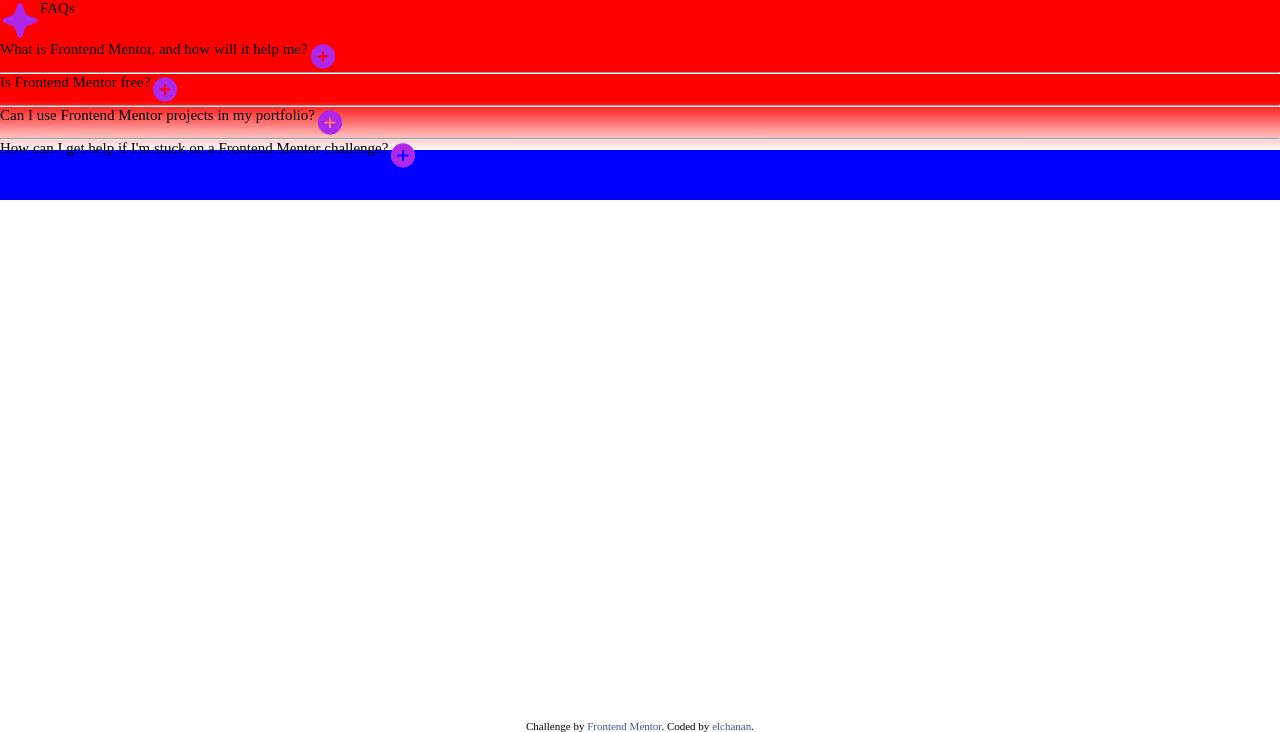
Repository: elchananChen/frontend-mentor-projects
Page: 2024/10/faQs/index.html
The author's editor kept a copy of each file at every save. The page is drawn from the files as they stood at one save, then again after the next save.
The browser window is 1280 px wide. The pictures show the whole page.

Above is the page before, as saved 2024-10-13 05:24:30.

After the next save:
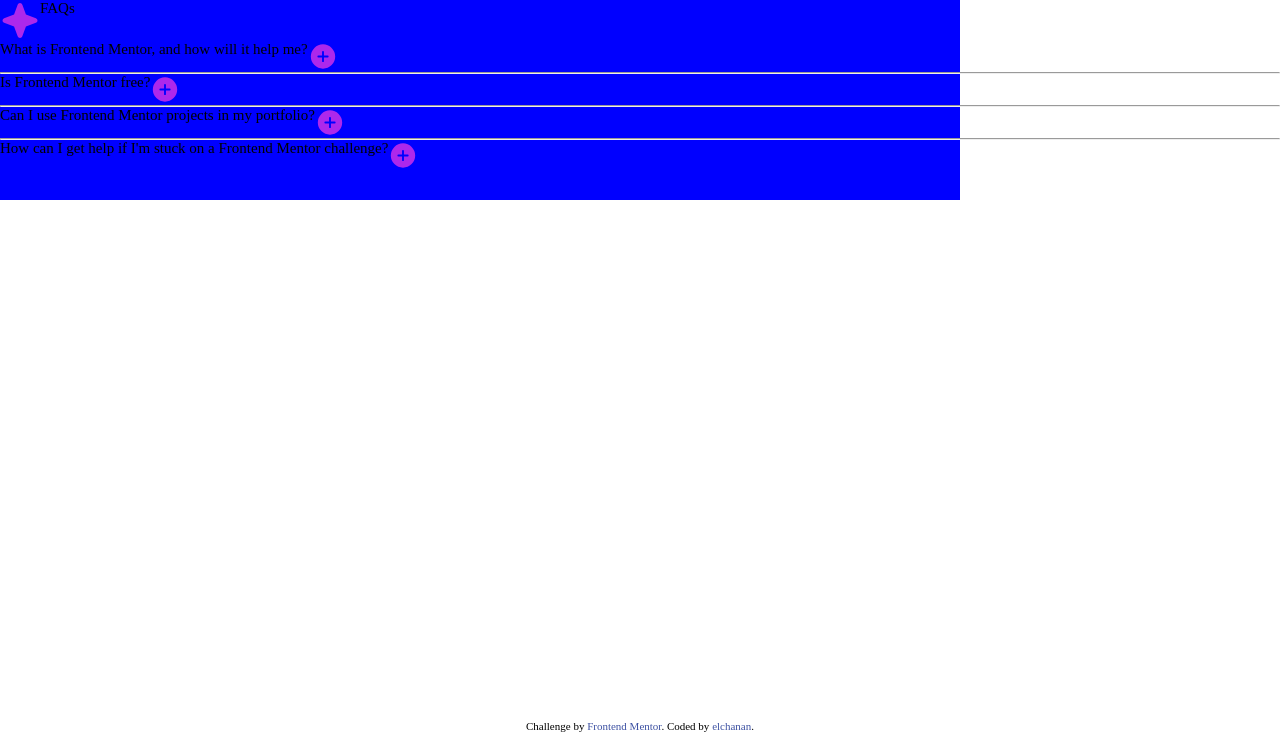
Saved 9 s later.
--- a/2024/10/faQs/style.css
+++ b/2024/10/faQs/style.css
@@ -13,7 +13,7 @@
   height: 200px;
   background: -moz-linear-gradient(left, blue 75%, white 25%);
   background: -webkit-linear-gradient(left, blue 75%, white 25%);
-  background: linear-gradient(to top, blue 25%, white 25%, red 50%);
+  /* background: linear-gradient(to top, blue 25%, white 25%, red 50%); */
 }
 header {
 }
